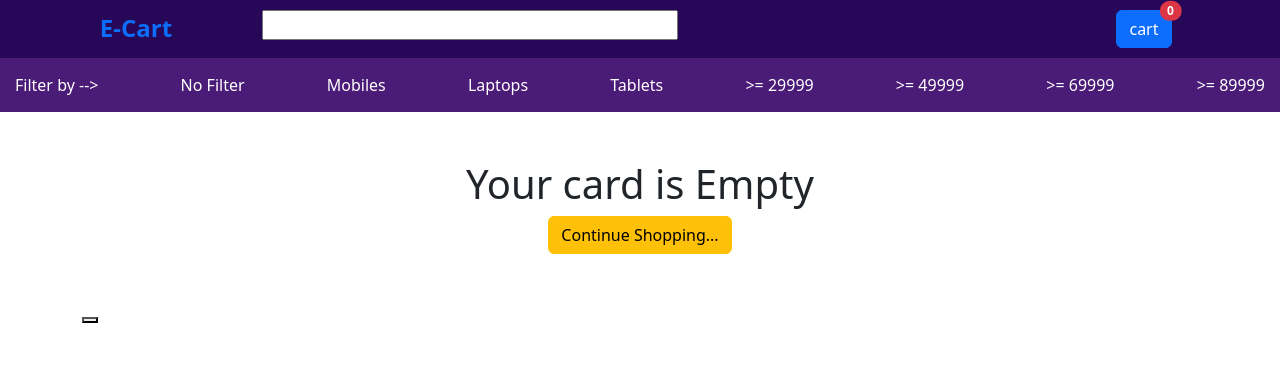
Repository: AMIT1439027/React-ECommerce-cart
Page: /cart
These files come from the project's save history. The page is drawn as it stood at one moment and after the next save; the edit follows.
The browser window is 1280 px wide. The pictures show the whole page.
The project was rebuilt for these pictures with package versions that can differ from the ones it lists, and the page was loaded fresh each time. Also part of the build but not shown: vite.config.js, src/components/Product.jsx, src/components/ProductDetail.jsx, src/components/Searchitem.jsx.

Above is the page before, as saved 2024-03-14 10:46:15.

After the next save:
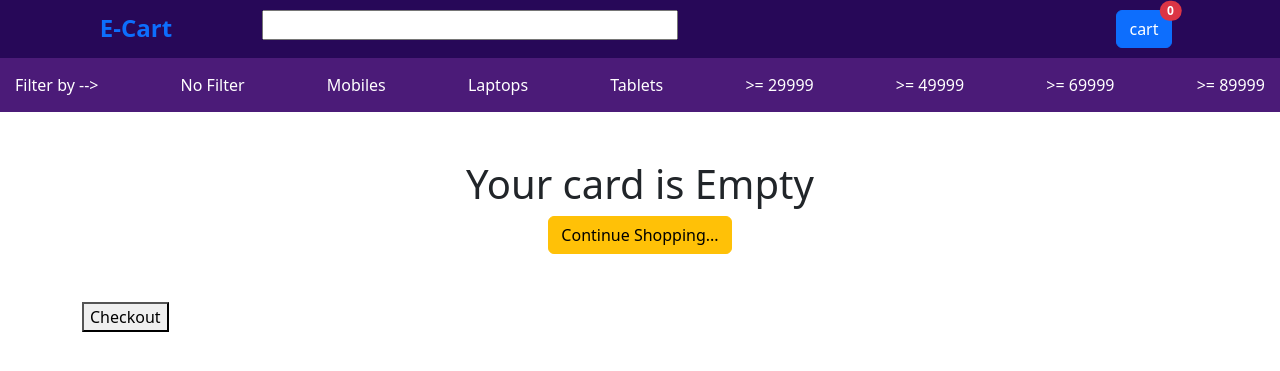
Saved 6 s later.
--- a/src/components/Cart.jsx
+++ b/src/components/Cart.jsx
@@ -44,7 +44,7 @@ const Cart = ({ cart, setCart }) => {
       </div>
 
       <div className="container">
-        <button></button>
+        <button>Checkout</button>
       </div>
     </>
   );
